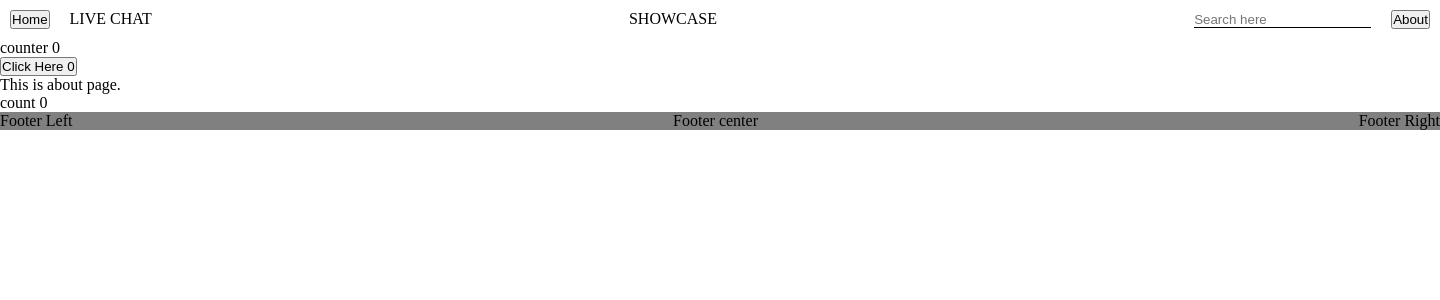
Repository: kapskadiya/ReactJS-NextJs-ExpressJs
Page: /about
These files come from the project's save history. The page is drawn as it stood at one moment and after the next save; the edit follows.
The browser window is 1280 px wide. The page is 1440 px wide, so the pictures cover 1440 px, including what lies to the right of the window. The pictures show the whole page.
The project was rebuilt for these pictures with package versions that can differ from the ones it lists, and the page was loaded fresh each time. The framework's server and built-in components were replaced by stand-ins that run in the browser. Also part of the build but not shown: next.config.js, components/SideBar.js, components/Main.js.

Above is the page before, as saved 2019-05-29 11:40:25.

After the next save:
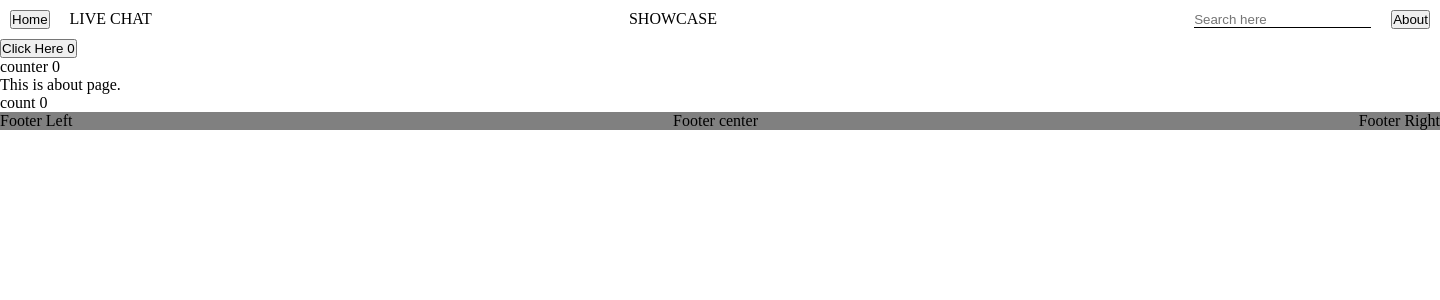
Saved 2 min 6 s later.
--- a/components/Counter.js
+++ b/components/Counter.js
@@ -16,6 +16,7 @@ class Counter extends Component {
     clickHandler(){
 
         this.setState({count :this.state.count+1});
+
     }
 
     render() {
@@ -27,6 +28,8 @@ class Counter extends Component {
                     value => {
                         return (
                         <>
+                        <button onClick={this.clickHandler}>Click Here {this.state.count}</button>
+
                         <p>counter {value.count}</p>
                         <ContextProvider counte={this.state.count}/>
                         </>
@@ -34,7 +37,6 @@ class Counter extends Component {
                     }
                 }
             </ContextConsumer>
-            <button onClick={this.clickHandler}>Click Here {this.state.count}</button>
             </div>
         )
     }
